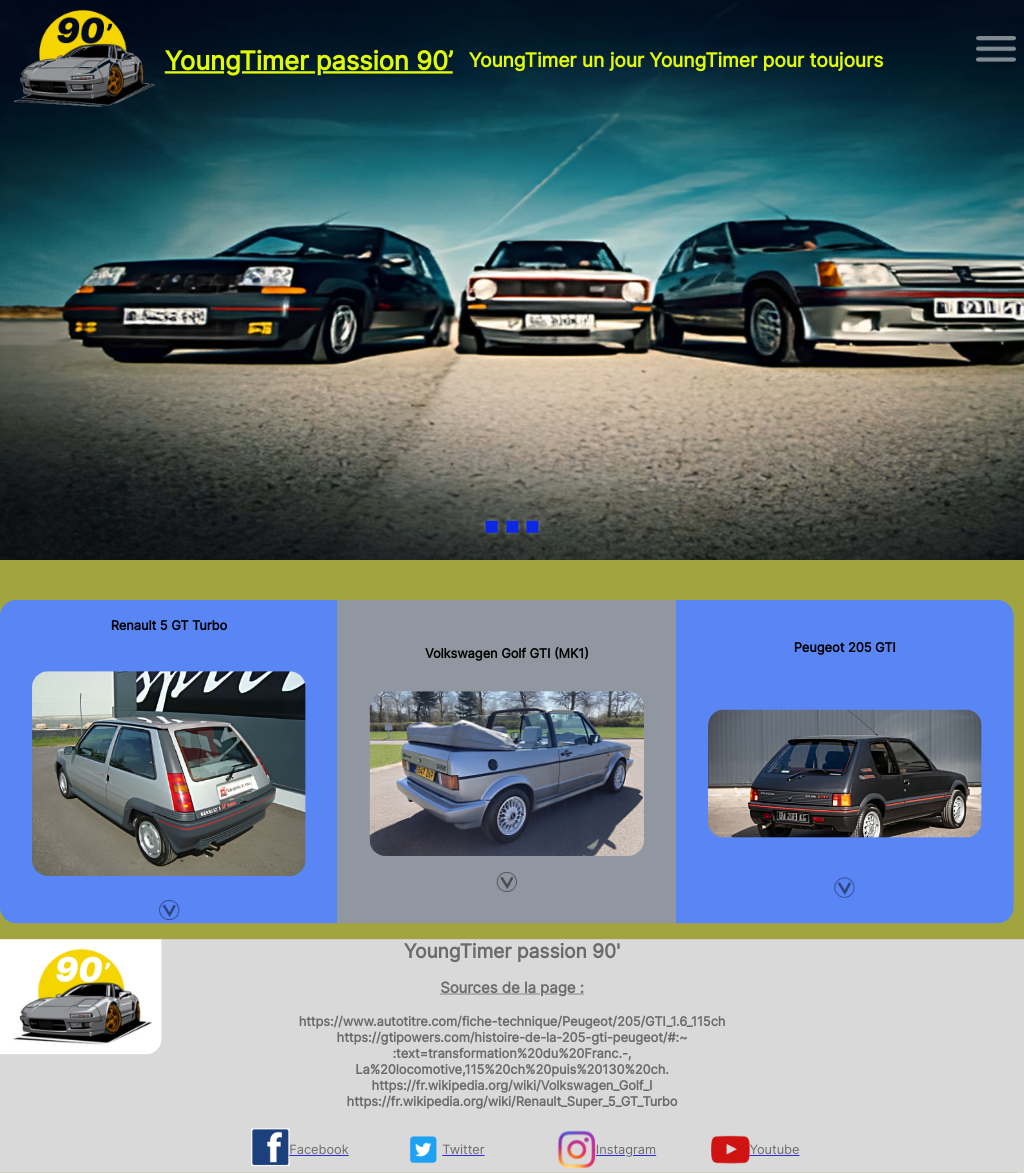
Repository: Zouz01/projetyoungtimer-90_
Page: index.html
The author's editor kept a copy of each file at every save. The page is drawn from the files as they stood at one save, then again after the next save.
The browser window is 1280 px wide. The pictures show the whole page, at 80% of full size.

Above is the page before, as saved 2023-09-21 14:35:59.

### index.html
<!DOCTYPE html>
<html lang="FR">
<head>
    <meta charset="UTF-8">
    <meta http-equiv="X-UA-Compatible" content="IE=edge">
    <meta name="viewport" content="width=device-width, initial-scale=1.0">
    <title>YoungTIMER 90'</title>
    <link rel="stylesheet" href="./CSS/style-body.css">
    <link rel="stylesheet" href="./CSS/style.css">
    <link rel="stylesheet" href="./font/font.css">
</head>
<div id="wrap">
    <header class="header">
        <nav class="nav">

            <ul>
            <a href="#wrap" id="open"></a>
            <li><a href="index.html">Acceuil</a></li>
            <li><a href="./HTML/page-205-gti.html">Peugeot 205 GTI</a></li>
            <li><a href="./HTML/index-page-gt-turbo.html">Renautl GT Turbo</a></li>
            <li><a href="./HTML/index-page-golf-GTI.html">Volkswagen Golf GTI</a></li>
            <li><a href="./HTML/formulaire.html">Formulaire d'inscription</a></li>
            <li><a href="#">Contact</a></li>
            <li><a href="">Nos reseaux :</a></li>
            <li><a href="https://fr-fr.facebook.com/">Facebook</a></li>
            <li><a href="https://twitter.com/?lang=fr">Twitter</a></li>
            <li><a href="https://www.instagram.com/?hl=fr">Instagram</a></li>
            <li><a href="https://www.youtube.com/">Youtube</a></li>
        </ul>
        </nav>
    </header>
</div>
    <div class="header">
        <div class="slider">
            <div class="slider-viewport">
                <div id="img1">
                    <div id="img2">
                        <div id="img3">
                            <div class="slider-content">
                                <img src="./image-voiture-commun/all-cars-2-transformed.png"alt="">
                                <img src="./image-voiture-commun/rassemblement-defilant-2-transformed.png"alt="">
                                <img src="./image-voiture-commun/rassemblement-defilant-2-1-transformed.png"alt="">
                            </div>
                        </div>
                    </div>
                </div>
                <div class="slider-nav">
                    <a href="#img1"></a>
                    <a href="#img2"></a>
                    <a href="#img3"></a>
                </div>

                <div class="barre-navigatrice">
                    <div class="logo">
                        <img src="./logo-commun/logo YoungTimer_PNG_ sans fond blanc_1e3d.png" alt="">
                    </div>
                    <div class="titre">
                        <h1>YoungTimer passion 90’</h1>
                        <h2>YoungTimer un jour YoungTimer pour toujours</h2>
                    </div>
                    <div class="burger">
                        <a href="#wrap" class="open">
                            <img src="./logo-commun/burger-blanc.png" alt="">
                        </a>
                    </div>
                </div>
            </div>
        </div>

    </div>
    <!-- #####  BODY ##### -->
<body>
    <section id="section-principale">
        <article class="conteneur-gt-turbo">
            <h4>Renault 5 GT Turbo</h4>
            <figure><img src="./image-voiture-commun/gt-turbo-dos-2-transformed.png" alt="" usemap="#image_map3"><map name="image_map3">
                <area alt="Informations techniques" title="Informations techniques" href="./HTML/index-page-gt-turbo.html" coords="72,77,778,625" shape="rect">
              </map>  </figure>
            <figcaption>
                <input type="checkbox" name="btn-text" class="btn-text">
                <label for="btn-text" class="btn-text"><img src="./logo-commun/btn-vecteur-bleu.png" alt=""></label>
                <p class="hide"><b>Années de production :</b>
                1985 - 1991 </p>

                <p class="hide"><b>Prix au lancement :</b>
                73 076€</p>

                <p class="hide"><b>Prix actuel : </b>
                de 10 000€ à 25 000€</p>


                <p class="hide"><b>Nombre d’exemplaires :</b>
                160 000 exemplaires
                (dont 2 000 Alain Oreille)</p>
            </figcaption>
        </article>
        <article class="conteneur-golf-gti">
            <h4>Volkswagen Golf GTI (MK1)</h4>
            <figure><img src="./image-voiture-commun/1989-volkswagen-gli-transformed.png" alt="" usemap="#image_map1"><map name="image_map1">
                <area alt="informations techniques" title="Informations techniques" href="./HTML/index-page-golf-GTI.html" coords="114,41,1109,611" shape="rect">
              </map></figure>
            <figcaption>
                <input type="checkbox" name="btn-text" class="btn-text">
                <label for="btn-text" class="btn-text"><img src="./logo-commun/btn-vecteur-gris.png" alt=""></label>
                <p class="hide"><b>Années de production : </b>
                (berline) : 1974-1984
                (cabriolet) : 1979-1993</p>

                <p class="hide"><b>Prix au lancement : </b>
                (berline) : 16 000€</p>

                <p class="hide"><b>Prix actuel : </b>
                (berline) : 10 000€ - 15 000€</p>

                <p class="hide"><b>Nombre d’exemplaires </b>
                (berline) : 461 690 exemplaires
                (cabriolet) : 388 522 exemplaires</p>
                </figcaption>
        </article>
        <article class="conteneur-205-gti">
            <h4>Peugeot 205 GTI</h4>
            <figure><img src="./image-voiture-commun/205-gti-1-3-transformed.png" alt="" usemap="#image_map2"><map name="image_map2">
                <area alt="Informations techniques" title="Informations techniques" href="./HTML/page-205-gti.html" coords="139,54,918,443" shape="rect">
              </map></figure>
            <figcaption>
                <input type="checkbox" name="btn-text" class="btn-text">
                <label for="btn-text" class="btn-text"><img src="./logo-commun/btn-vecteur-bleu.png" alt=""></label>
                <p class="hide"><b>Années de production : </b>
                1983-1999</p>

                <p class="hide"><b>Prix au lancement : </b>
                de 12 165€ à 18 065€</p>

                <p class="hide"><b>Prix actuel :</b>
                 de 11 000€ à 25 000€</p>

                <p class="hide"><b>Nombre d’exemplaires </b>
                (toutes versions confondues) :
                5 278 054 exemplaires</p>
            </figcaption>
        </article>
    </section>
</body>

<!-- #####  FOOTER  ##### -->
<footer class="footer">
    <div class="logo-footer">
            <img src="./logo-commun/logo YoungTimer_PNG.png" alt="Logo YoungTimer">
    </div>
    <div class="haut-page">
        <h2>YoungTimer passion 90'</h2>
        <h3>Sources de la page :</h3>
        <h4>https://www.autotitre.com/fiche-technique/Peugeot/205/GTI_1.6_115ch<br>
            https://gtipowers.com/histoire-de-la-205-gti-peugeot/#:~<br>:text=transformation%20du%20Franc.-,<br>La%20locomotive,115%20ch%20puis%20130%20ch.<br>
            https://fr.wikipedia.org/wiki/Volkswagen_Golf_I<br>
            https://fr.wikipedia.org/wiki/Renault_Super_5_GT_Turbo<br></h4>
    </div>


    <div class="reseaux">

        <a href="https://fr-fr.facebook.com/">
            <img src="./icones-reseaux-commun/logo-facebook 2.png" alt="Facebook"><h4>Facebook</h4></a>
        <a href="https://twitter.com/?lang=fr">
            <img src="./icones-reseaux-commun/logo-twitter 2.png" alt="twitter"><h4>Twitter</h4></a>
        <a href="https://www.instagram.com/?hl=fr">
            <img src="./icones-reseaux-commun/logo-insta 2.png" alt="Instagram"><h4>Instagram</h4></a>
        <a href="https://www.youtube.com/">
            <img src="./icones-reseaux-commun/logo-youtube 2.png" alt="Youtube"><h4>Youtube</h4></a>

    </div>
</footer>

</html>

### CSS/style-body.css
body{
    padding:0;
    margin:0;
    box-sizing: border-box;
}

body section{
    display:flex;
    flex-flow:row wrap;
}
section article{
    display:flex;
    flex-flow:column wrap;
    justify-content:center;
    align-items: center;
    width:33%;
}
article figure img{
    border-radius:20px;
    width:100%;
}

article figure{
    transition: 0.5s;
}
article figure :hover{
    transform:scale(1.1)
}
article figcaption p{
    display:none;
}

/* bouton pour afficher/masquer le texte de description*/
label.btn-text:hover{cursor:pointer;}
input.btn-text:hover{cursor:pointer;}

input[type='checkbox'].btn-text {
    position:absolute;
    opacity:0;
    width:25px;
    height:25px;
}

input.btn-text:checked~p.hide{
    display:flex;
    flex-flow:column wrap;
    text-align:center;
    animation-name:apparition;
    animation-duration:0.5s;

}
@keyframes apparition{
    from{
        opacity:0;
        transform:translateY(100px);
    }
    to{
        opacity:1;
        transform:translateY(0px);
    }
}
.btn-text{
    text-align:center;
}


.btn-text:hover img {
    animation: logo-animation 0.5s ease-in;
}

@keyframes logo-animation {
    20% {
        transform: rotate(20deg);
    }

    40% {
        transform: rotate(-15deg);
    }

    60% {
        transform: rotate(10deg);
    }

    80% {
        transform: rotate(-10deg);
    }

    to {
        transform: rotate(0deg);
    }
}

.conteneur-golf-gti .btn-text{
    background-color:#9197A1
}
.conteneur-gt-turbo{
    background-color:#5A85F5;
    border-top-left-radius:20px;
    border-bottom-left-radius:20px;
}
.conteneur-gt-turbo figure img{
    margin:10px 0;
}

.conteneur-golf-gti{
    background-color:#9197A1;
}
.conteneur-205-gti{
    background-color:#5A85f5;
    border-top-right-radius:20px;
    border-bottom-right-radius:20px;
}
.conteneur-205-gti figure img{
    margin:30px 0;
}

/* #####  RESPONSIVE ###### */

### CSS/style.css
body{
  margin:0;
  padding:0;
  box-sizing:border-box;
  font-family:inter-regular,sans-serif
}
header div, body, footer{
  background:#A2A440
}
/********HEADER******/
/* Barre nav */

.barre-navigatrice {
    width: 100%;
    margin:0 auto;
    display:flex;
    align-items:center;
    position:fixed;
    top:0;
    text-align: center;
}
.titre{
  display:flex;
  flex-flow:row nowrap;
  align-items:center;
  color: #e2fa08;
}

/* Bouton-burger */

.burger {
  position: absolute;
  left: 1220px;
  top: 45px;
}


/* logo YoungTimer_PNG 1 */

.logo{
    text-align: left;
}

.titre h1{/* YoungTimer passion 90’ */
  text-decoration-line: underline;
  color: #e2fa08;
  margin-right:20px;
  animation-duration: 2s;
  animation-name: slidein;
}

@keyframes slidein {
  from {
    margin-left: 100%;
    width: 300%;
  }

  to {
    margin-left: 0%;
    width: 100%;
  }
}

.header h2   { /* Youngtimer un jour youngtimer toujours */
    color: #e2fa08 ;
    margin-right:20px;
    animation-duration: 4s;
    animation-name: slidein;
  }

  @keyframes slidein {
    from {
      margin-left: 100%;
      width: 300%;
    }

    to {
      margin-left: 0%;
      width: 100%;
    }
  }
    /* images header defilante*/

    .slider {
      width:100%;
      display:flex;
        margin: 0 auto 30px auto;
        position: relative;
      }
      .slider-viewport {
        width: 100%;
        overflow: hidden;
        margin:0 auto;
      }
      .slider-content {
        display: grid;
        grid-auto-flow: column;
        transition: 2s all;
      }
      .slider-content img {
        width: 1440px;
        height: 700px;
      }
      .slider-nav {
        position: relative;
        bottom:50px;
        width: 100%;
        text-align: center;
      }
      .slider-nav a {
        box-shadow: 0px 0px 5px 0px rgba(255, 255, 255, 0.3);
        display: inline-block;
        background-color: #0b28e3;
        width: 15px;
        height: 15px;
        margin: 0 3px;
      }
      .slider-nav a:hover {
        background-color: rgb(235, 31, 31);
        box-shadow: 0px 0px 5px 0px rgba(255, 255, 255, 0.8);
      }
      #img2:target .slider-content {
                transform: translateX(-1442px);
      }
      #img3:target .slider-content {
                transform: translateX(-2900px);
      }
      @media screen and (min-width:1920px) {
        .slider-content img {
          width: 1920px;
          height: 900px;
        }
        #img2:target .slider-content {
          transform: translateX(-1920px);
        }
        #img3:target .slider-content {
          transform: translateX(-3840px);
        }
      }

     /*burger gauche deroulant*/


      #wrap {
        font-family: sans-serif;
        font-size: 20px;
        line-height: 35px;
        margin: 0;
        display: list-item;
        position: absolute;
        top:200px;
        z-index:5;
      }

      #wrap:not(:target) {
        transform: translate3d(-335px, 0, 0);
      }

      #wrap:target {
        transform: translate3d(0, 0, 0);
      }

      #open,
      #close {
        height: 44px;
        text-align: right;
        display: block;
        margin-right: -30px;
      }

      #wrap:target #open,
      #wrap:not(:target) #close {
        display: none;
      }


      .nav a {
        color: white;
        text-decoration: none;
        display: inline-block;
      }

      .header {
        display:flex;
        align-items: center;
      }

      .nav {
        padding-left: 25px;
        background-color:transparent;
        line-height:40px;
      }
      ul{
        list-style-type:none;
      }

      li::before {
        content: "•"; color: #fff;
        display: inline-block;
        width: 1em;
        margin-left: -1em
      }

      .main {
        padding: 25px;
        flex: 1;
        display:inline-block;
      }
              /******FOOTER*******/
/* Pied de page */

.footer {
  background-color: #D9D9D9
}


.haut-page h2{
  /* Youngtimer passion 90’ */
  text-align: center;
  opacity: 0.5;
}

.haut-page h3{
  /* Sources de la page : */
text-align: center;
text-decoration-line: underline;

color: rgba(0, 0, 0, 0.5);


}
.haut-page h4{
  /* https://www.autotitre.com/fiche-technique/Peugeot/205/GTI_1.6_115ch https://gtipowers.com/histoire-de-la-205-gti-peugeot/#:~:text=transformation%20du%20Franc.)-,La%20locomotive,115%20ch%20puis%20130%20ch. https://fr.wikipedia.org/wiki/Volkswagen_Golf_I https://fr.wikipedia.org/wiki/Renault_Super_5_GT_Turbo */

text-align: center;
color: #000000;
opacity: 0.5;
}

.reseaux{
  display:flex;
  flex-flow:row nowrap;
  justify-content:center;
  align-items:center;
 /*image logo+lien*/

}
.reseaux a{
  display:flex;
  flex-flow:row nowrap;
  justify-content:center;
}
.reseaux img{
  width:25%;

}
.reseaux :not(:first-child){
  width:15%;
  height:80%;
}

.reseaux h4 {
  /*liens des sources*/
margin:auto 0;

font-weight: 400;
color: rgba(0, 0, 0, 0.5);
}
.logo-footer img{ /*rauis logo*/
  position: absolute;
  top:0;
  left:0;
  border-bottom-right-radius: 20px;
}
.logo-footer{
  position: absolute;
}

@media screen and (max-width:425px ) {

  #img1 *, .slider-nav{display:none}
  .slider{margin-bottom:120px;}

  .barre-navigatrice{
    position:fixed;
    align-items: flex-start;
    padding-top:20px;
    background-color:#636363;
    z-index:5;
  }
  .barre-navigatrice .logo{
    width:27.5%;
  }
  .barre-navigatrice .logo img{
    width:100%
  }
  .titre{
    flex-flow:column wrap;
    width:60%;
    font-size:10px;
    align-items:flex-start;
    text-align:left;
  }
  .titre h1, .titre h2{
    margin:0;
  }
  .burger{
    width:27.5%;
    position:initial;
  }
  #section-principale {
    flex-flow:column-reverse wrap;
    align-items: center;
  }
  #section-principale article{
    width:80%;
    border-radius:20px;
    box-shadow:4px 8px 4px rgba(0, 0, 0, 0.5);
  }
  section article:not(:first-child){
    margin-bottom: 20px;
  }
  footer .logo-footer img{
    width: 80px;
  }
  footer .haut-page{
    font-size:8px;
  }
  .reseaux a{
    margin:0 auto;
    width:80%;
    height:80%;
    font-size:10px;
    align-items:center;
  }
  .reseaux :not(:first-child) {
    margin:0 auto;
    width:80%;
    height:80%;
  }
  .reseaux img{
    padding-right:10px;
  }
}

### font/font.css
@font-face {
    font-family: "inter-regular";
    src: url(./inter-regular.ttf);
}
@font-face {
    font-family: "Inter-medium";
    src: url(./inter-medium.ttf);
}
@font-face {
    font-family: "Inter-bold";
    src: url(./inter-bold.ttf);
}

After the next save:
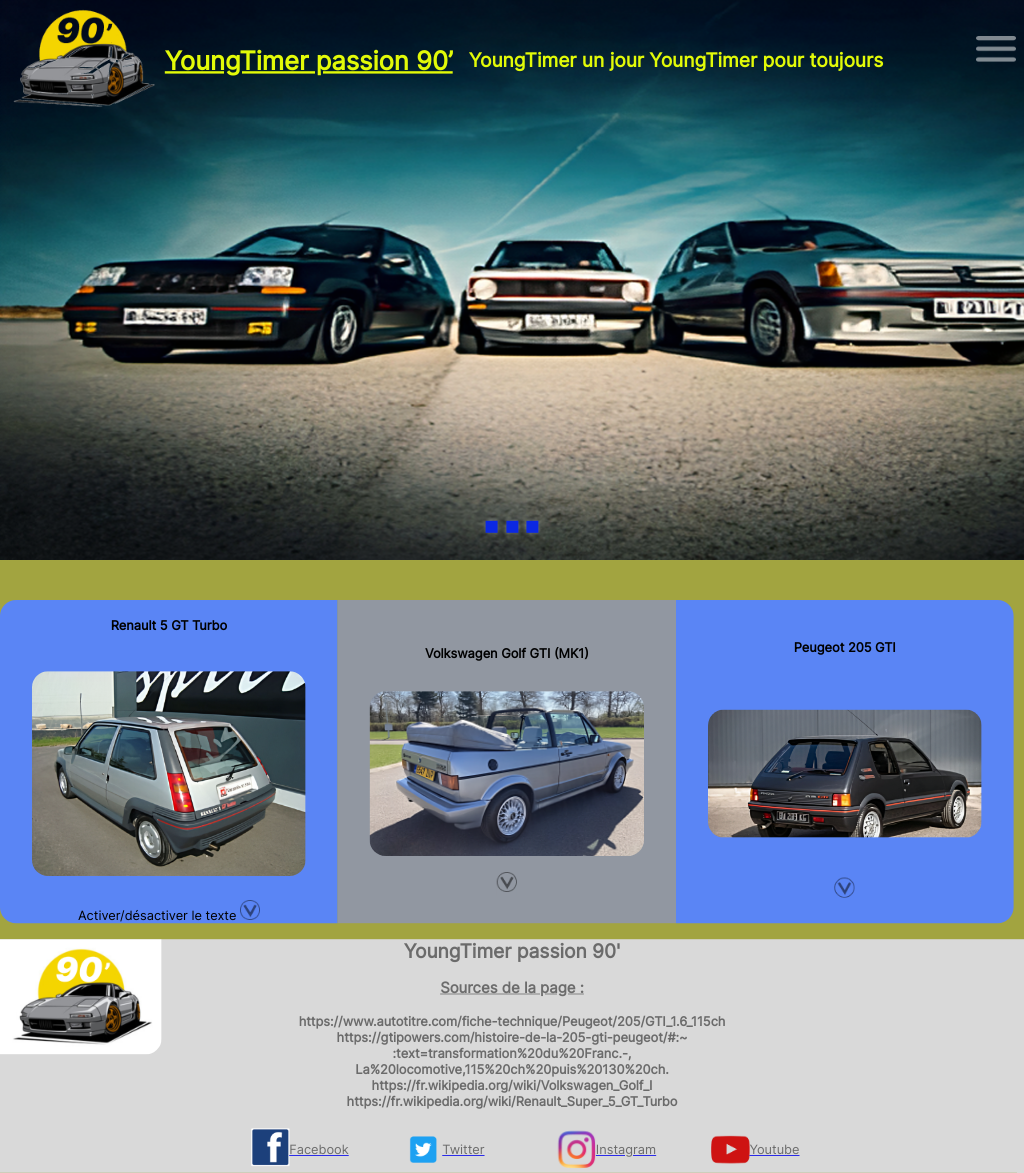
Saved 113 s later.
--- a/index.html
+++ b/index.html
@@ -77,7 +77,10 @@
                 <area alt="Informations techniques" title="Informations techniques" href="./HTML/index-page-gt-turbo.html" coords="72,77,778,625" shape="rect">
               </map>  </figure>
             <figcaption>
-                <input type="checkbox" name="btn-text" class="btn-text">
+                <label for="btn-text" title="Activer/désactiver le texte">Activer/désactiver le texte
+                    <input type="checkbox" id="btn-text" name="btn-text" class="btn-text">
+                </label>
+
                 <label for="btn-text" class="btn-text"><img src="./logo-commun/btn-vecteur-bleu.png" alt=""></label>
                 <p class="hide"><b>Années de production :</b>
                 1985 - 1991 </p>
